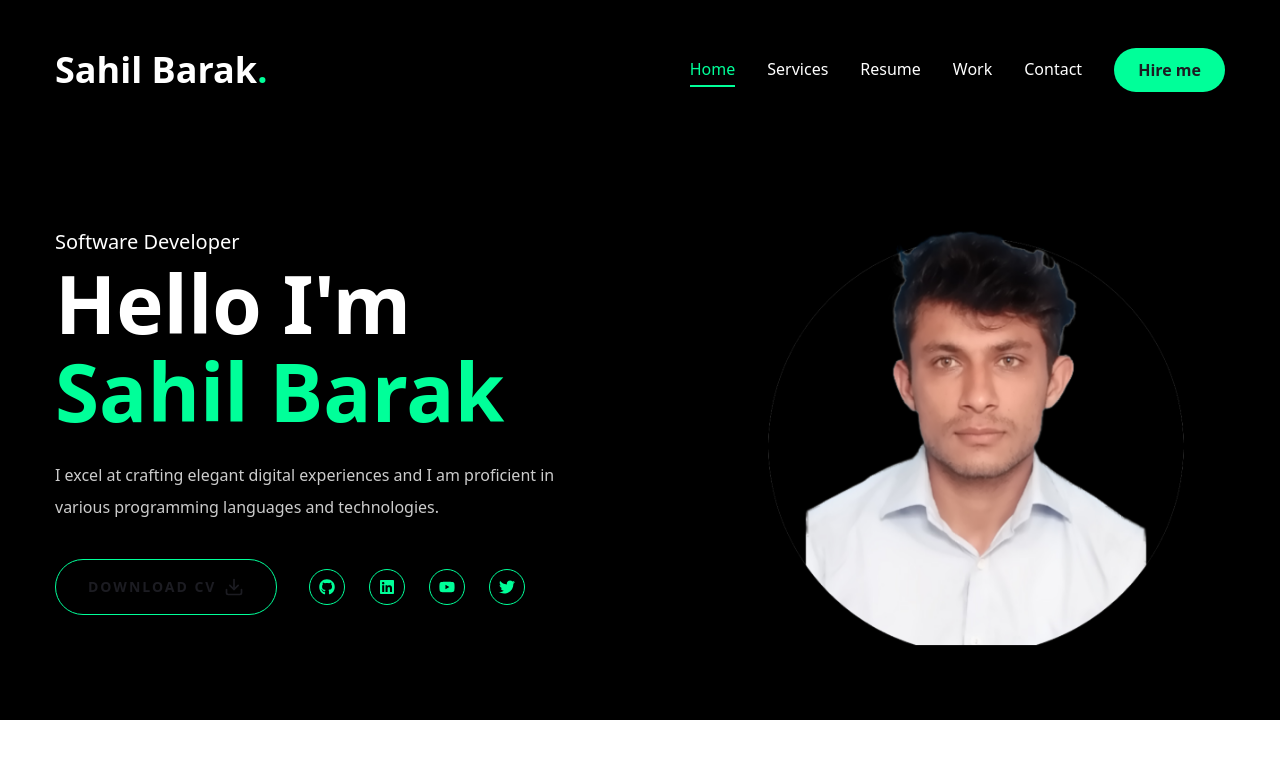
Repository: Moxsahil/My_portfolio
Page: / (app in sahil-portfolio/)
The author's editor kept a copy of each file at every save. The page is drawn from the files as they stood at one save, then again after the next save.
The browser window is 1280 px wide. The pictures show the whole page.
The project was rebuilt for these pictures with package versions that can differ from the ones it lists, and the page was loaded fresh each time. The framework's server and built-in components were replaced by stand-ins that run in the browser. Also part of the build but not shown: sahil-portfolio/next.config.mjs.

Above is the page before, as saved 2024-10-01 20:08:31.

### sahil-portfolio/app/layout.jsx
import { JetBrains_Mono } from "next/font/google";
import "./globals.css";
import Header from "@/components/Header";
import PageTransition from "@/components/PageTransition";
import StairTransition from "@/components/StairTransition";

const jetbrainsMono = JetBrains_Mono({
  subsets: ["latin"],
   weight: ["100", "200", "300", "400", "500", "600", "700", "800"],
   variable: '--font-jetbrainsMono'
});

export const metadata = {
  title: "Create Next App",
  description: "Generated by create next app",
};

export default function RootLayout({ children }) {
  return (
    <html lang="en">
      <body className={jetbrainsMono.variable}>
        <Header />
        <StairTransition />
        <PageTransition> {children}</PageTransition>
        </body>
    </html>
  );
}

### sahil-portfolio/app/page.jsx
import { Button } from "@/components/ui/button";
import { FiDownload } from "react-icons/fi";

//components
import Social from "@/components/Social";
import Photo from "@/components/Photo";

const Home = () => {
  return (
   <section className="h-full">
    <div className="container mx-auto h-full">
      <div className="flex flex-col xl:flex-row items-center justify-between
      xl:pt-8 xl:pb-24">
        {/* text */}
      <div className="text-center xl:text-left">
        <span className="text-xl">Software Developer</span>
        <h1 className="h1 mb-6">
          Hello I'm <br /> <span className="text-accent">Sahil Barak</span>
        </h1>
        <p className="max-w-[500px] mb-9 text-white/80">
          I excel at crafting elegant digital experiences and I am
          proficient in various programming languages and technologies.
        </p>
        {/* btn and socials */}
        <div className="flex flex-col xl:flex-row items-center gap-8" >
          <Button
           variant="outline"
           size="lg"
           className="uppercase flex items-center gap-2"
           >
            <span>Download CV</span>
            <FiDownload className="text-xl" />
          </Button>
          <div className="mb-8 xl:mb-0">
            <Social containerStyles="flex gap-6" iconStyles="w-9 h-9 border border-accent rounded-full flex
            justify-center items-center text-accent text-base hover:bg-accent
            hover:text-primary hover:transition-all duration-500"/>
          </div>
        </div>
      </div>
      {/* photo */}
      <div>
        <Photo  />
      </div>
      </div>
    </div>
  </section>
  );
};

export default Home;

### sahil-portfolio/app/globals.css
@tailwind base;
@tailwind components;
@tailwind utilities;

@layer base{
    body {
        @apply font-primary bg-black text-white leading-loose;
    }
    .h1{
        @apply text-[48px] xl:text-[80px] leading-[1.1] font-semibold;
    }
    .h2{
        @apply text-[36px] xl:text-[48px] leading-[1.1] font-semibold;
    }
    .h3{
        @apply text-[20px] xl:text-[24px] leading-[1.1] font-semibold;
    }
}

### sahil-portfolio/components/Header.jsx
import Link from "next/link";
import { Button } from "./ui/button";

//components
import Nav from "./Nav";
import MobileNav from "./MobileNav";
const Header = () => {
  return (
     <header className = "py-8 xl:py-12 text-white">
    <div className = "container mx-auto flex justify-between items-center">
      {/* logo */}
      <Link href="/">
        <h1 className="text-4xl font-semibold">
          Sahil Barak<span className="text-accent">.</span>
        </h1>
        </Link>


        {/* desktop nav & hire me button */}
        <div className="hidden xl:flex items-center gap-8">
        <Nav />
        <Link href="/#contact">
        <Button>Hire me</Button>
        </Link>
        </div>

        {/* mobile nav */}
        <div className="xl:hidden">
          <MobileNav />
        </div>
    </div>
  </header>
  );
};

export default Header;

### sahil-portfolio/components/PageTransition.jsx
 "use client";


 import { AnimatePresence, motion } from "framer-motion";
import { usePathname } from "next/navigation";

 const PageTransition = ({children}) => {
  const pathname = usePathname();

  return (
    <AnimatePresence>

      <div key={pathname}>
        <motion.div initial={{opacity: 1}}
        animate={{opacity:0,
         transition: {delay: 1,duration: 0.4, ease: "easeInOut"},
         }}
         className="h-screen w-screen fixed bg-primary top-0 pointer-events-none"
         />
        {children}</div>
    </AnimatePresence>
  )
}

export default PageTransition

### sahil-portfolio/components/StairTransition.jsx
"use client";

import { AnimatePresence, motion } from "framer-motion";
import { usePathname } from "next/navigation";

//components
import Stairs from "./Stairs";

const StairTransition = () => {
  const pathname = usePathname();
  return (
    <>
    <AnimatePresence mode="wait">
      <div key={pathname}>
        <div className="h-screen w-screen fixed top-0 left-0 right-0
        pointer-events-none z-40 flex">
         <Stairs />
          </div>

        <motion.div
        className="h-screen w-screen fixed bg-primary top-0 pointer-events-none"
        initial={{opacity: 1}}
        animate={{
          opacity: 0,
          transition: {delay: 1,duration: 0.4, ease: "easeInOut" },
      }}
        />
      </div>
    </AnimatePresence>
    </>
  );
}

export default StairTransition

### sahil-portfolio/components/ui/button.jsx
import * as React from "react"
import { Slot } from "@radix-ui/react-slot"
import { cva } from "class-variance-authority";

import { cn } from "@/lib/utils"

const buttonVariants = cva(
  "inline-flex items-center justify-center whitespace-nowrap rounded-full text-base font-semibold ring-offset-white transition-colors",
  {
    variants: {
      variant: {
        default: "bg-accent text-primary hover:bg-accent-hover",
        primary: "bg-primary text-white ",
        outline:
        "border border-accent bg-transparent text-accent hover :bg-accent hover: text-primary",

      },
      size: {
        default: "h-[44px] px-6",
        md: "h-[48px] px-6",
        lg: "h-[56px] px-8 text-sm uppercase tracking-[2px]",

      },
    },
    defaultVariants: {
      variant: "default",
      size: "default",
    },
  }
)

const Button = React.forwardRef(({ className, variant, size, asChild = false, ...props }, ref) => {
  const Comp = asChild ? Slot : "button"
  return (
    (<Comp
      className={cn(buttonVariants({ variant, size, className }))}
      ref={ref}
      {...props} />)
  );
})
Button.displayName = "Button"

export { Button, buttonVariants }

### sahil-portfolio/components/Social.jsx
import Link from "next/link";

import { FaGithub, FaLinkedin, FaYoutube, FaTwitter } from "react-icons/fa";

const socials = [
    { icon: <FaGithub />, path: ''},
    { icon: <FaLinkedin />, path: ''},
    { icon: <FaYoutube />, path: ''},
    { icon: <FaTwitter />, path: ''},
]

const Social = ({containerStyles, iconStyles}) => {
  return <div className = {containerStyles}>
    {socials.map((item, index) => {
        return <Link key={index} href={item.path} className={iconStyles}>
            {item.icon}
        </Link>
    })}
  </div>;
};

export default Social

### sahil-portfolio/components/Photo.jsx
"use client";

import { motion } from "framer-motion";
import Image from "next/image";

const Photo = () => {
  return (
  <div className="w-full h-full relative">
    <motion.div
    initial={{opacity: 0}}
    animate={{
      opacity: 1,
      transition: {delay: 2,duration: 0.4, ease: "easeIn"},
    }}
  >
        <div className="w-[298px] h-[298px] xl:w-[498px] xl:h-[498px] mix-blend-lighten">
            <Image
            src="/assets/photo.png"
            priority
            quality={100}
            fill
            alt=""
            className="object-contain"
            />
        </div>
    </motion.div>
  </div>
  );
};

export default Photo;

### sahil-portfolio/components/Nav.jsx
"use client";

import Link from "next/link";
import { usePathname } from "next/navigation";

const links = [
    {
        name: "Home",
        path: "/",
    },
    {
        name: "services",
        path: "/services",
    },
    {
        name: "resume",
        path: "/resume",
    },
    {
        name: "work",
        path: "/work",
    },
    {
        name: "contact",
        path: "/contact",
    },
];


const Nav = () => {
    const pathname = usePathname();
  return (
    <nav className="flex gap-8">
        {links.map((link, index) => {
            return (
                <Link href={link.path} key={index} className ={`${
                    link.path === pathname &&
                    "text-accent border-b-2 border-accent"}
                    capitalize font-medium hover:text-accent transition-all`}
                    >
                    {link.name}
                </Link>
            );
        })}
    </nav>
  )
}

export default Nav

### sahil-portfolio/components/MobileNav.jsx
"use client";

import { Sheet, SheetContent, SheetTrigger } from "@/components/ui/sheet";
import { usePathname } from "next/navigation";
import Link from "next/link";
import { CiMenuFries } from "react-icons/ci";

const links = [
  {
    name: "Home",
    path: "/",
  },
  {
    name: "services",
    path: "/services",
  },
  {
    name: "resume",
    path: "/resume",
  },
  {
    name: "work",
    path: "/work",
  },
  {
    name: "contact",
    path: "/contact",
  },
]

const MobileNav = () => {
  const pathname = usePathname();
  return (
    <Sheet>
      <SheetTrigger className ="flex-justify-center items-center">
        <CiMenuFries className="text-[32px] text-accent"/>
      </SheetTrigger>
      <SheetContent className="flex flex-col">
        {/* logo */}
        <div className="mt-32 mb-40 text-center text-2xl">
          <Link href="/">
          <h1 className="text-4xl font-semibold">
            Sahil Barak<span className="text-accent">.</span></h1>
          </Link>
        </div>
        {/* nav  */}
        <nav className="flex flex-col justify-center items-center gap-8">
          {links.map((link, index) => {
            return(
              <Link href={link.path} key={index} className={` ${link.path === pathname && "text-accent border-b-2 border-accent"}text-xl capitalize hover:text-accent transition-all`}>
                {link.name}
              </Link>
            );
          })}
        </nav>
      </SheetContent>
    </Sheet>
  );
};

export default MobileNav;

### sahil-portfolio/components/Stairs.jsx
import { motion } from "framer-motion";

const stairAnimation = {
    initial: {
        top: "0%",
    },
    animate: {
        top: "100%",
    },
    exit: {
        top: ["100%`", "0%"],
    },
};


// calculate the reverse index fot staggred delay

const reverseIndex = (index) => {
    const totalSteps = 6; // number of steps
    return totalSteps - index - 1;
};
const Stairs = () => {
  return (
  <>

    {/* render 6 motion divs, each representing a step of the stairs.
    Each div will have the same animation defined by the stairsAnimation object.
    the delay for each div is calculated sinamically based on its reversed index ,
    creating a staggered effect with decreasing delay for each subsequent step.
    */}
    {[...Array(6)].map((_, index)=>{
        return (
        <motion.div
         key={index}
         variants={stairAnimation}
         initial="initial"
         animate="animate"
         exit="exit"
         transition={{
            duration: 0.4,
            ease: "easeInOut",
            delay: reverseIndex(index) * 0.1,
        }}
        className="h-full w-full bg-white relative"
        />
    );
    })}
  </>
  );
};

export default Stairs

### sahil-portfolio/components/ui/sheet.jsx
"use client";
import * as React from "react"
import * as SheetPrimitive from "@radix-ui/react-dialog"
import { cva } from "class-variance-authority";
import { cn } from "@/lib/utils"

import { IoMdClose } from "react-icons/io";

const Sheet = SheetPrimitive.Root

const SheetTrigger = SheetPrimitive.Trigger

const SheetClose = SheetPrimitive.Close

const SheetPortal = SheetPrimitive.Portal

const SheetOverlay = React.forwardRef(({ className, ...props }, ref) => (
  <SheetPrimitive.Overlay
    className={cn(
      "fixed inset-0 z-50 bg-black/80  data-[state=open]:animate-in data-[state=closed]:animate-out data-[state=closed]:fade-out-0 data-[state=open]:fade-in-0",
      className
    )}
    {...props}
    ref={ref} />
))
SheetOverlay.displayName = SheetPrimitive.Overlay.displayName

const sheetVariants = cva(
  "fixed z-50 gap-4 bg-primary p-6 shadow-lg transition ease-in-out data-[state=open]:animate-in data-[state=closed]:animate-out data-[state=closed]:duration-300 data-[state=open]:duration-500 dark:bg-slate-950",
  {
    variants: {
      side: {
        top: "inset-x-0 top-0 border-b data-[state=closed]:slide-out-to-top data-[state=open]:slide-in-from-top",
        bottom:
          "inset-x-0 bottom-0 border-t data-[state=closed]:slide-out-to-bottom data-[state=open]:slide-in-from-bottom",
        left: "inset-y-0 left-0 h-full w-3/4 border-r data-[state=closed]:slide-out-to-left data-[state=open]:slide-in-from-left sm:max-w-sm",
        right:
          "inset-y-0 right-0 h-full w-3/4  data-[state=closed]:slide-out-to-right data-[state=open]:slide-in-from-right sm:max-w-sm",
      },
    },
    defaultVariants: {
      side: "right",
    },
  }
)

const SheetContent = React.forwardRef(({ side = "right", className, children, ...props }, ref) => (
  <SheetPortal>
    <SheetOverlay />
    <SheetPrimitive.Content ref={ref} className={cn(sheetVariants({ side }), className)} {...props}>
      {children}
      <SheetPrimitive.Close
        className= "absolute right-8 top-8 transition-opacity outline-none">
        <IoMdClose className="text-3xl text-accent" />
        <span className="sr-only">Close</span>
      </SheetPrimitive.Close>
    </SheetPrimitive.Content>
  </SheetPortal>
))
SheetContent.displayName = SheetPrimitive.Content.displayName

const SheetHeader = ({
  className,
  ...props
}) => (
  <div
    className={cn("flex flex-col space-y-2 text-center sm:text-left", className)}
    {...props} />
)
SheetHeader.displayName = "SheetHeader"

const SheetFooter = ({
  className,
  ...props
}) => (
  <div
    className={cn("flex flex-col-reverse sm:flex-row sm:justify-end sm:space-x-2", className)}
    {...props} />
)
SheetFooter.displayName = "SheetFooter"

const SheetTitle = React.forwardRef(({ className, ...props }, ref) => (
  <SheetPrimitive.Title
    ref={ref}
    className={cn("text-lg font-semibold text-slate-950 dark:text-slate-50", className)}
    {...props} />
))
SheetTitle.displayName = SheetPrimitive.Title.displayName

const SheetDescription = React.forwardRef(({ className, ...props }, ref) => (
  <SheetPrimitive.Description
    ref={ref}
    className={cn("text-sm text-slate-500 dark:text-slate-400", className)}
    {...props} />
))
SheetDescription.displayName = SheetPrimitive.Description.displayName

export {
  Sheet,
  SheetPortal,
  SheetOverlay,
  SheetTrigger,
  SheetClose,
  SheetContent,
  SheetHeader,
  SheetFooter,
  SheetTitle,
  SheetDescription,
}

### sahil-portfolio/tailwind.config.js
/** @type {import('tailwinds').Config} */
module.exports = {
  darkMode: ["class"],
  content: [
    './pages/**/*.{js,jsx}',
    './components/**/*.{js,jsx}',
    './app/**/*.{js,jsx}',
    './src/**/*.{js,jsx}',
  ],
  prefix: "",
  theme: {
    container: {
      center: true,
      padding: "15px",
    },
      screens: {
      sm: "640px",
      md: "768px",
      lg: "960px",
      xl: "1200px",
    },
    fontFamily: {
      primary: "var(--font-JetBrainsMono)",
    },
    extend: {

      colors: {
        primary: '#1c1c22',
        accent: {
          DEFAULT: '#00ff99',
          hover: '#00e187'
        }
      },

      keyframes: {
        "accordion-down": {
          from: { height: "0" },
          to: { height: "var(--radix-accordion-content-height)" },
        },
        "accordion-up": {
          from: { height: "var(--radix-accordion-content-height)" },
          to: { height: "0" },
        },
      },
      animation: {
        "accordion-down": "accordion-down 0.2s ease-out",
        "accordion-up": "accordion-up 0.2s ease-out",
      },
    },
  },
  plugins: [require("tailwindcss-animate")],
}

Loaded but not shown: sahil-portfolio/lib/utils.js (common file)

After the next save:
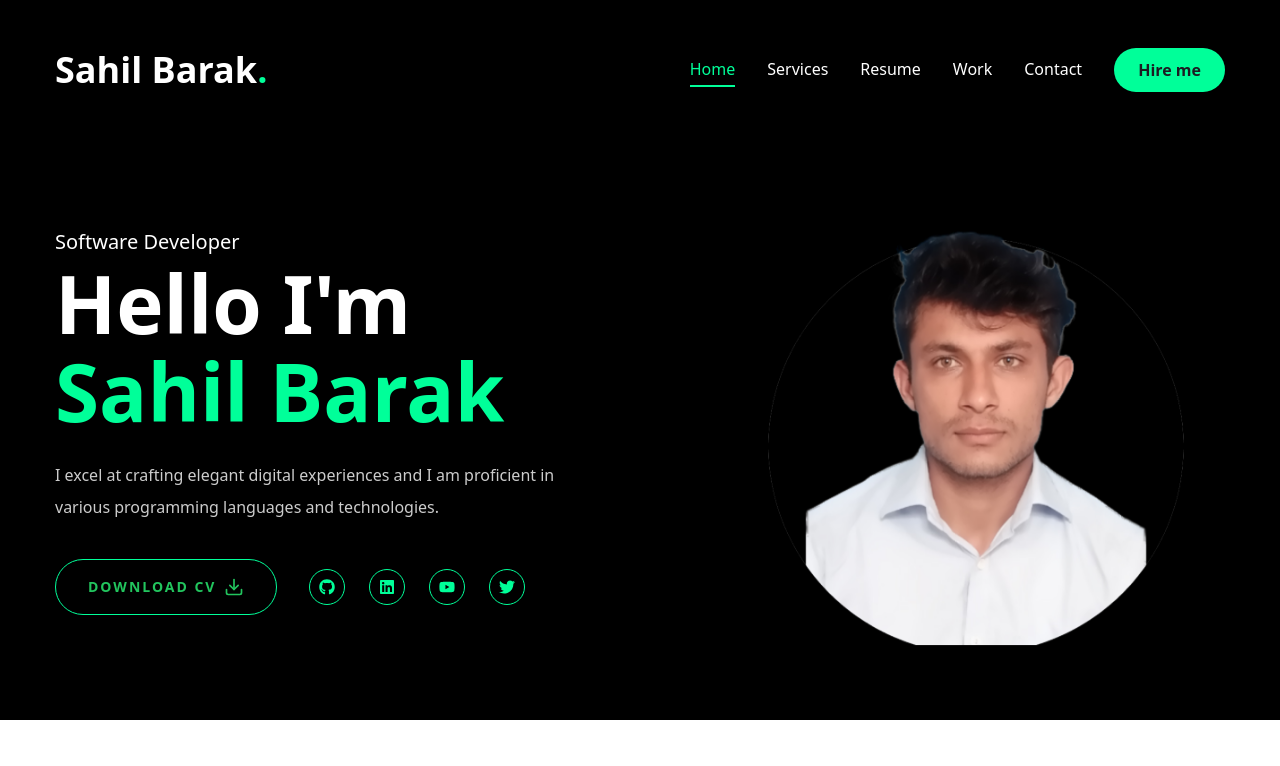
Saved 4 min 23 s later.
--- a/sahil-portfolio/app/page.jsx
+++ b/sahil-portfolio/app/page.jsx
@@ -26,7 +26,7 @@
           <Button
            variant="outline"
            size="lg"
-           className="uppercase flex items-center gap-2"
+           className="uppercase flex items-center gap-2 text-green-500"
            >
             <span>Download CV</span>
             <FiDownload className="text-xl" />
